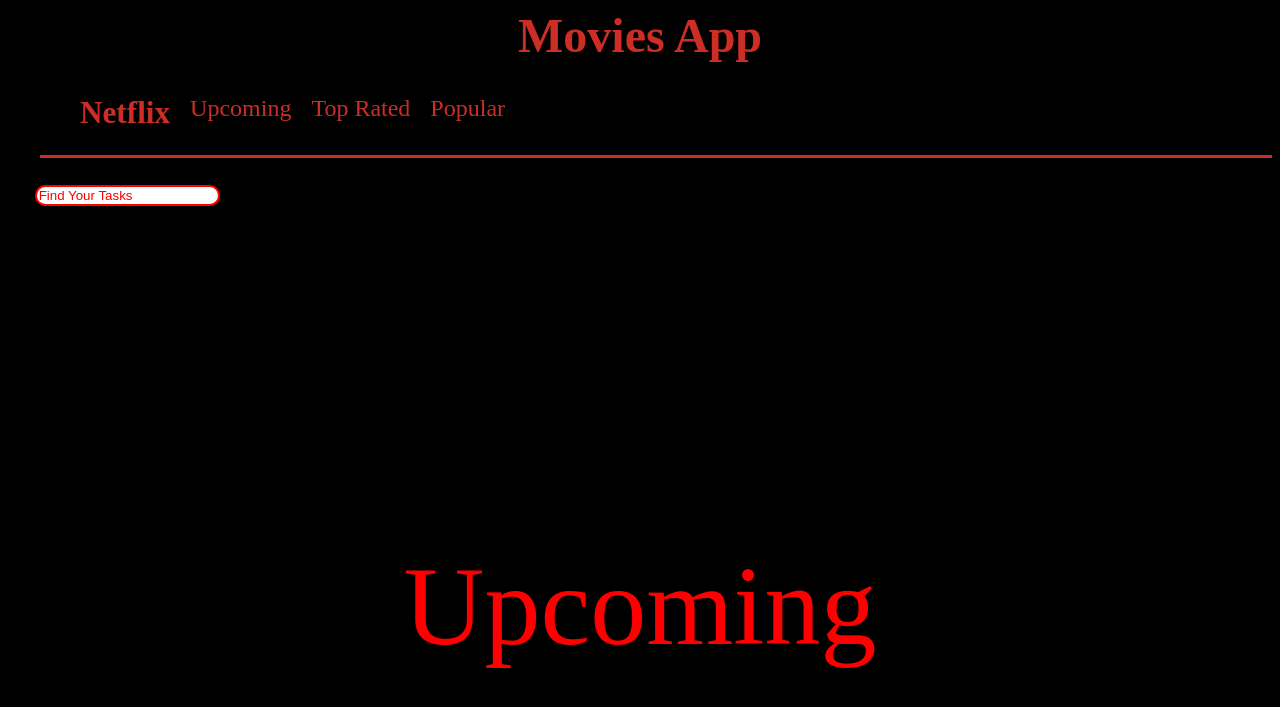
Repository: runner855/movie-app
Page: /
These files come from the project's save history. The page is drawn as it stood at one moment and after the next save; the edit follows.
The browser window is 1280 px wide. The pictures show the whole page.
The project was rebuilt for these pictures with package versions that can differ from the ones it lists, and the page was loaded fresh each time. Also part of the build but not shown: src/styles/TopRated.css, src/components/TopRated.tsx, src/styles/Popular.css, src/components/Popular.tsx.

Above is the page before, as saved 2022-11-16 17:34:22.

After the next save:
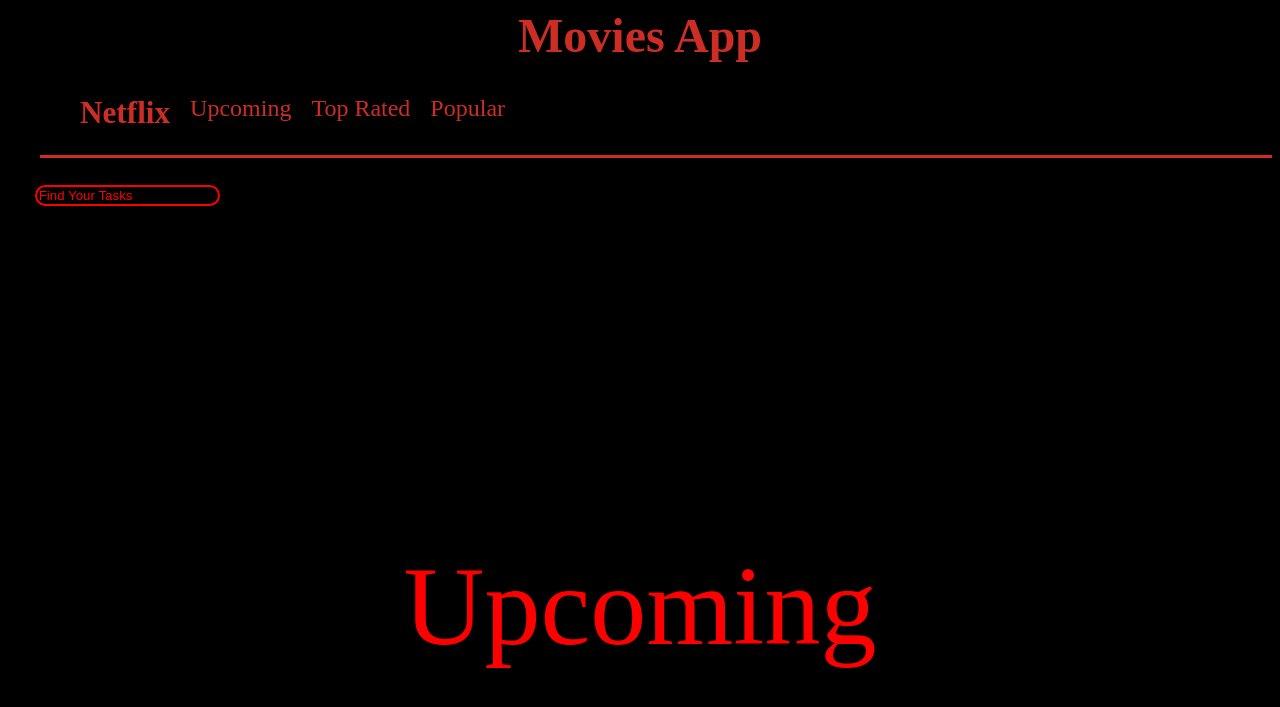
Saved 14 s later.
--- a/src/styles/MoviesFilter.css
+++ b/src/styles/MoviesFilter.css
@@ -6,6 +6,7 @@
 input {
   border: solid red 2px;
   border-radius: 2em;
+  background-color: #0000;
 }
 
 input::placeholder {
